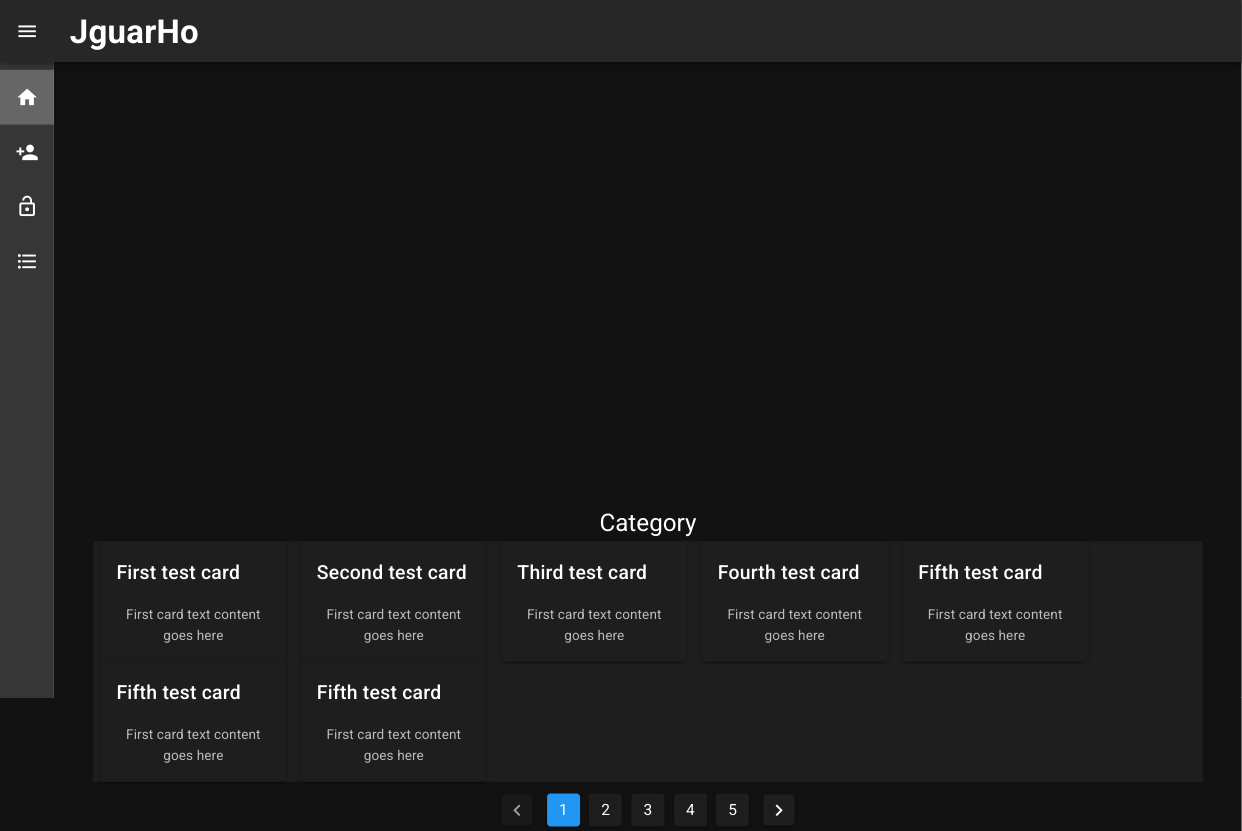
Repository: agent501/MRMS
Page: /
An editor plug-in stored every save of this project. The page is shown before and after the next save, followed by the edit.
The browser window is 1280 px wide. The pictures show the whole page, at 97% of full size.
The page's requests for data from a server got no answer. The project was rebuilt for these pictures with package versions that can differ from the ones it lists, and the page was loaded fresh each time. No one was signed in, and anything a server would have sent is missing. Also part of the build but not shown: vue.config.js, src/components/Product/products.vue, src/components/Product/product.vue, src/components/Product/createproduct.vue, src/components/User/signin.vue, src/components/User/signup.vue, src/components/User/profile.vue, src/components/Shared/Alert.vue and 2 more. Imported but missing from the stored project, and not drawn on this page: src/router/auth-guard.js.

Above is the page before, as saved 2020-08-05 12:04:47.

After the next save:
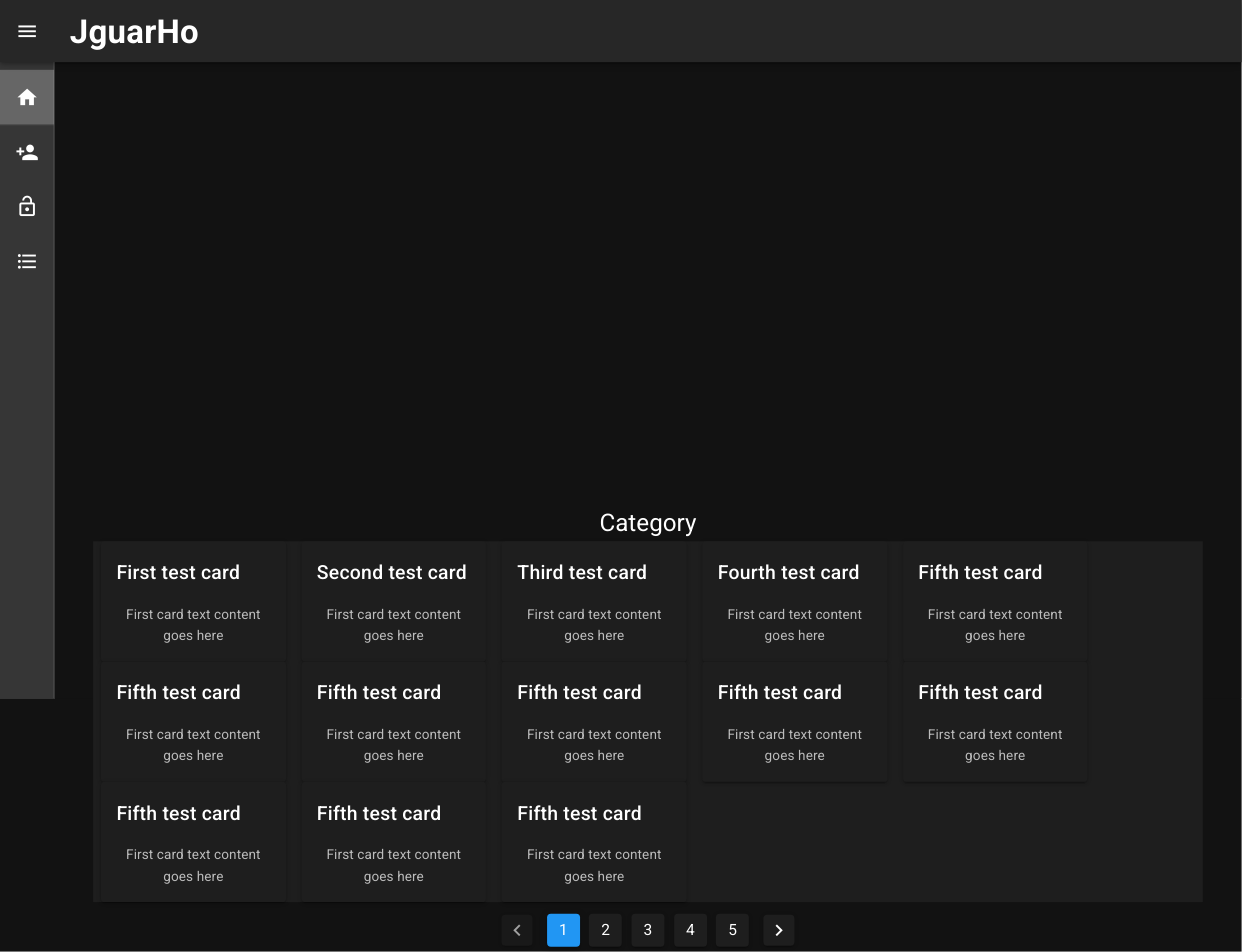
Saved 8 s later.
--- a/src/components/Home.vue
+++ b/src/components/Home.vue
@@ -119,6 +119,42 @@ export default {
           'http://mojly.com/wp-content/uploads/2017/12/love-image-lovely-images-photo-gallery-629721354.jpg',
         content: 'First card text content goes here',
       },
+      {
+        title: 'Fifth test card',
+        image:
+          'http://mojly.com/wp-content/uploads/2017/12/love-image-lovely-images-photo-gallery-629721354.jpg',
+        content: 'First card text content goes here',
+      },
+      {
+        title: 'Fifth test card',
+        image:
+          'http://mojly.com/wp-content/uploads/2017/12/love-image-lovely-images-photo-gallery-629721354.jpg',
+        content: 'First card text content goes here',
+      },
+      {
+        title: 'Fifth test card',
+        image:
+          'http://mojly.com/wp-content/uploads/2017/12/love-image-lovely-images-photo-gallery-629721354.jpg',
+        content: 'First card text content goes here',
+      },
+      {
+        title: 'Fifth test card',
+        image:
+          'http://mojly.com/wp-content/uploads/2017/12/love-image-lovely-images-photo-gallery-629721354.jpg',
+        content: 'First card text content goes here',
+      },
+      {
+        title: 'Fifth test card',
+        image:
+          'http://mojly.com/wp-content/uploads/2017/12/love-image-lovely-images-photo-gallery-629721354.jpg',
+        content: 'First card text content goes here',
+      },
+      {
+        title: 'Fifth test card',
+        image:
+          'http://mojly.com/wp-content/uploads/2017/12/love-image-lovely-images-photo-gallery-629721354.jpg',
+        content: 'First card text content goes here',
+      },
     ],
   }),
   computed: {
